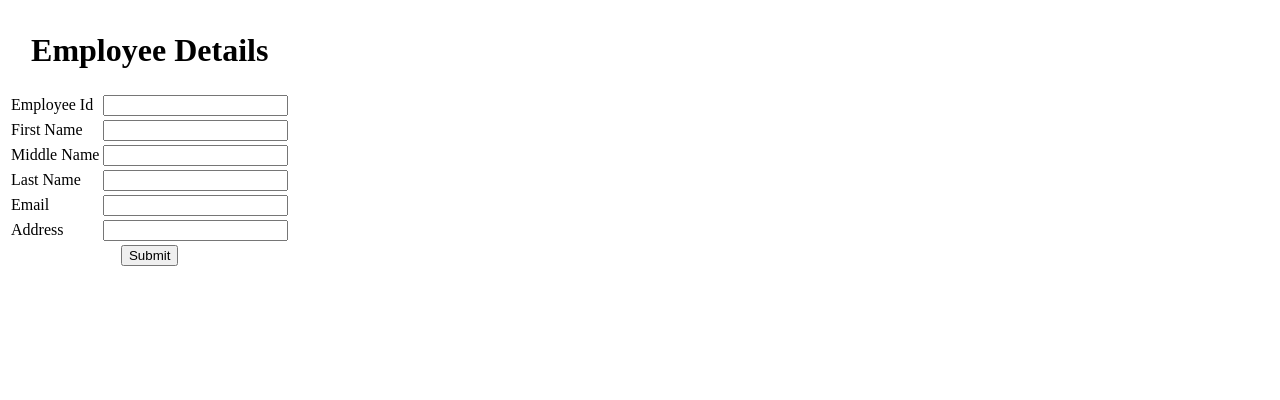
Repository: srjainapur/CRUD_Operation_With_Angular_Springboot
Page: angular-spring-demo/src/main/resources/static/post_data.html
The author's editor kept a copy of each file at every save. The page is drawn from the files as they stood at one save, then again after the next save.
The browser window is 1280 px wide. The pictures show the whole page.
Some web libraries are served in a nearby version.

Above is the page before, as saved 2020-06-25 07:00:42.

### angular-spring-demo/src/main/resources/static/post_data.html
<!DOCTYPE html>
<html>
	<head>
		<title>
			AngularJs $http.post() Service Response Example
		</title>
		<script src="http://ajax.googleapis.com/ajax/libs/angularjs/1.4.8/angular.min.js"></script>
		<script type="text/javascript">
			var mainApp = angular.module('postserviceApp', []);
			mainApp.controller('postServiceControl', function($scope, $http) {
				$scope.empId = null;
				$scope.firstName = null;
				$scope.lastName = null;
				$scope.middleName = null;
				$scope.email = null;
				$scope.address = null;

				$scope.postData = function(empId, firstName, middleName, lastName, email, address) {
					var data = {
						empId : empId,
						firstName : firstName,
						middleName : middleName,
						lastName : lastName,
						email : email,
						address : address
					};

					// Call the service
					$http.post('employee/postData', JSON.stringify(data)).then(
						function(response) {
							if(response.data) {
								$scope.msg = "Employee Data submitted successfully";
							}
						},

						function(response) {
							$scope.msg = "service does not exist";
							$scope.statusval = response.status;
							$scope.statustext = response.statusText;
							$scope.headers = response.headers();
						}
					);
				};
			});
		</script>
	</head>
	<body>
		<div ng-app="postserviceApp" ng-controller="postServiceControl">
			<table>
				<tr>
					<th colspan="2" align="middle"><h1>Employee Details</h1></th>
				</tr>
				<tr>
					<td>Employee Id</td>
					<td><input name="empId" ng-model="empId" type="text" size="20"/></td>
				</tr>
				<tr>
					<td>First Name</td>
					<td><input name="firstName" ng-model="firstName" type="text" size="20"/></td>
				</tr>
				<tr>
					<td>Middle Name</td>
					<td><input name="middleName" ng-model="middleName" type="text" size="20"/></td>
				</tr>
				<tr>
					<td>Last Name</td>
					<td><input name="lastName" ng-model="lastName" type="text" size="20"/></td>
				</tr>
				<tr>
					<td>Email</td>
					<td><input name="email" ng-model="email" type="text" size="20"/></td>
				</tr>
				<tr>
					<td>Address</td>
					<td><input name="address" ng-model="address" type="text" size="20"/></td>
				</tr>
				<tr>
					<td colspan="2" align="middle">
						<input type="button" value="Submit" ng-click="postData(empId, firstName, middleName, lastName, email, address)">
					</td>
				</tr>
			</table>
		</div>
	</body>

</html>

After the next save:
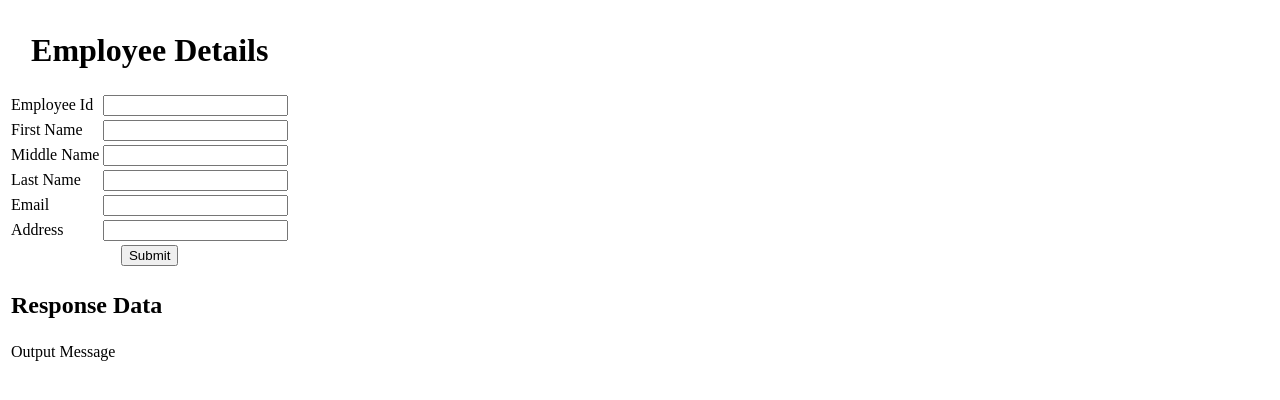
Saved 2 min 55 s later.
--- a/angular-spring-demo/src/main/resources/static/post_data.html
+++ b/angular-spring-demo/src/main/resources/static/post_data.html
@@ -80,6 +80,16 @@
 					</td>
 				</tr>
 			</table>
+
+			<table>
+				<tr>
+					<th colspan="2" align="middle"><h2>Response Data</h2></th>
+				</tr>
+				<tr>
+					<td>Output Message</td>
+					<td></td>
+				</tr>
+			</table>
 		</div>
 	</body>
 
